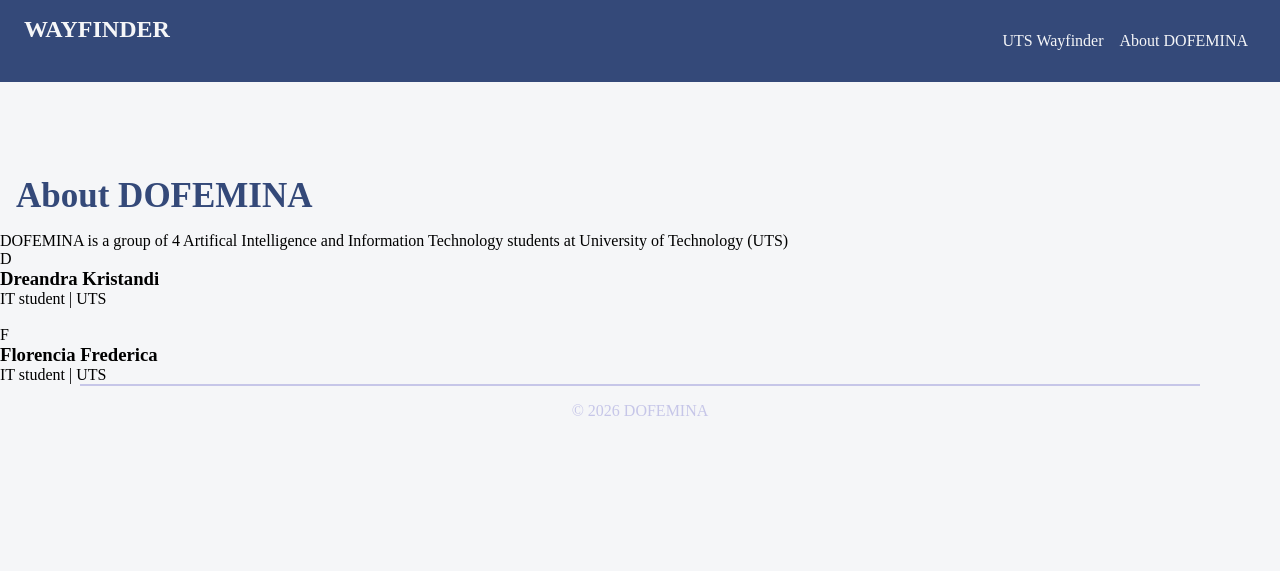
Repository: Meerab-K/uts-wayfinder
Page: html/about.html
The author's editor kept a copy of each file at every save. The page is drawn from the files as they stood at one save, then again after the next save.
The browser window is 1280 px wide. The pictures show the whole page.
Some web fonts or font styles are not loaded; a fallback is used.

Above is the page before, as saved 2026-10-19 20:05:47.

After the next save:
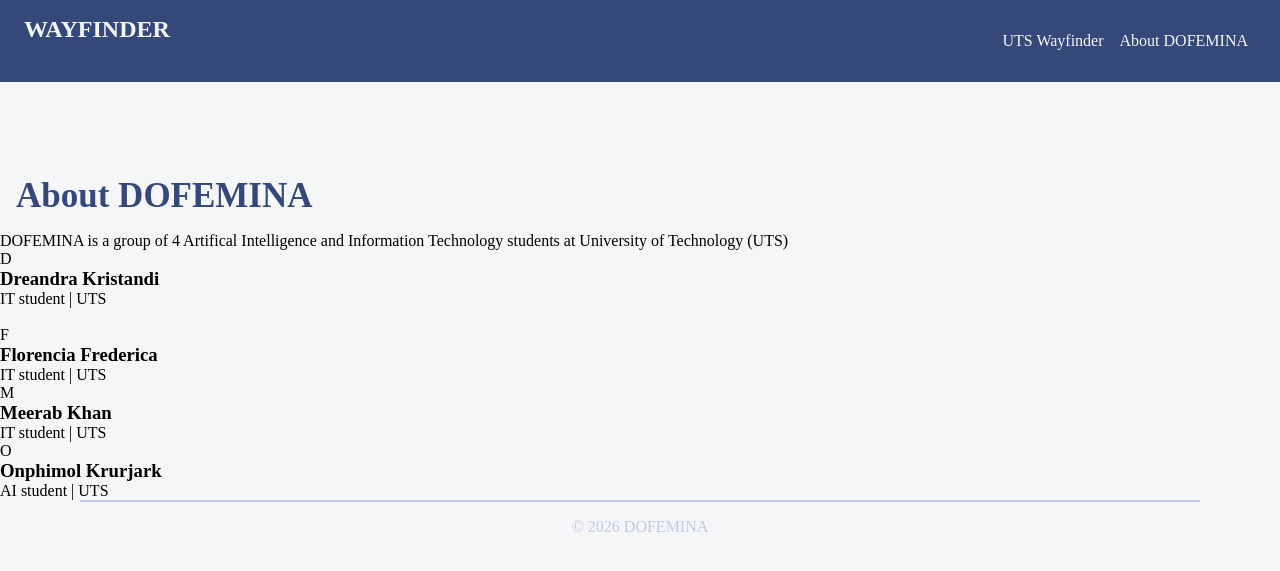
Saved 56 s later.
--- a/html/about.html
+++ b/html/about.html
@@ -43,6 +43,16 @@
             <h3 class="name">Florencia Frederica</h3>
             <div class="bio">IT student | UTS</div>
         </div>
+        <div class="card-holder">
+            <div class="profile">M</div>
+            <h3 class="name">Meerab Khan</h3>
+            <div class="bio">IT student | UTS</div>
+        </div>
+        <div class="card-holder">
+            <div class="profile">O</div>
+            <h3 class="name">Onphimol Krurjark</h3>
+            <div class="bio">AI student | UTS</div>
+        </div>
     </main>
 
     <footer>
